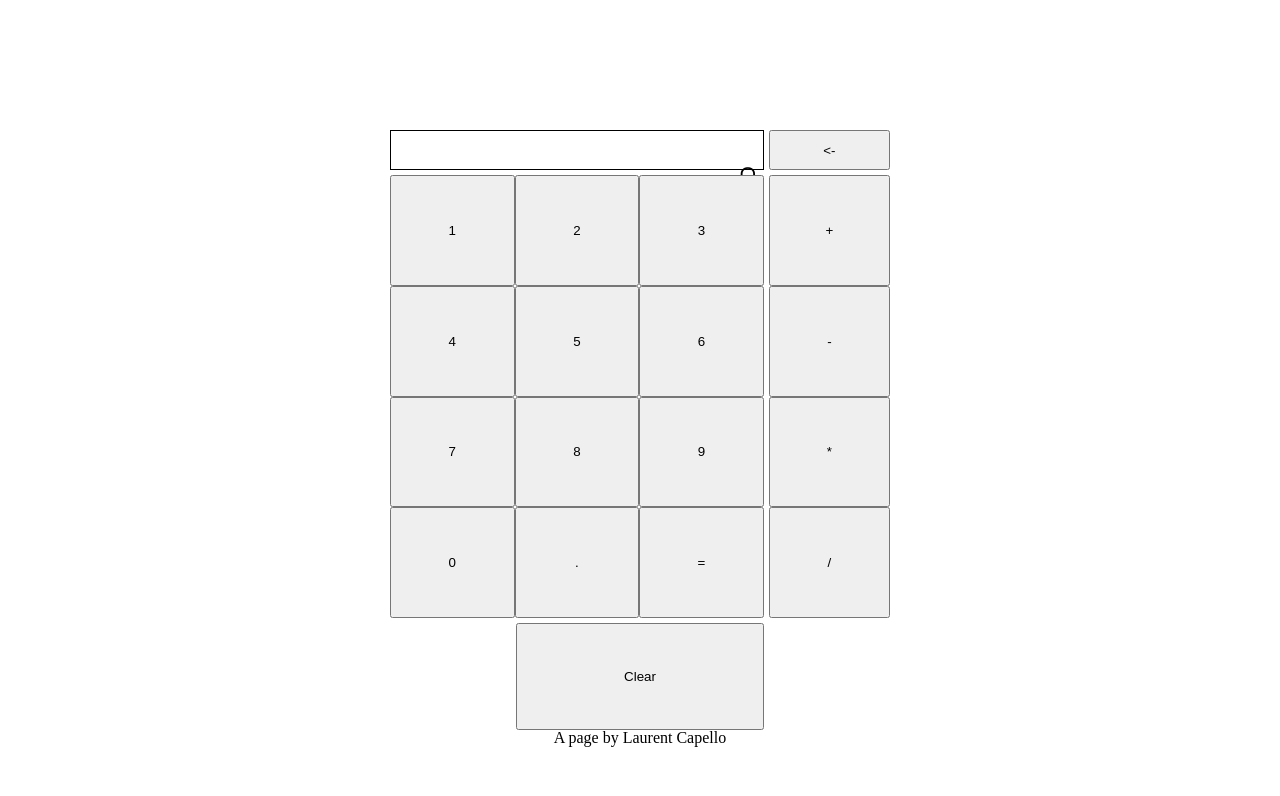
Repository: sokafootball/js-calculator
Page: index.html
An editor plug-in stored every save of this project. The page is shown before and after the next save, followed by the edit.
The browser window is 1280 px wide. The pictures show the whole page.

Above is the page before, as saved 2020-05-02 11:40:19.

### index.html
<html>
<head>
  <link rel="stylesheet" type="text/css" href="reset.css">
  <link rel="stylesheet" type="text/css" href="style.css">
  <!--<link rel="stylesheet" type="text/css" href="wireframe.css">-->
  <link href="https://fonts.googleapis.com/css2?family=Barlow:wght@300&display=swap" rel="stylesheet">
</head>
<body>
<main id="main">
  <div id="calculator">
    <p id="display">0</p>
    <button id="backspace" class="button"><-</button>
    <div id="numpad">
      <button class="button num-button">1</button>
      <button class="button num-button">2</button>
      <button class="button num-button">3</button>
      <button class="button num-button">4</button>
      <button class="button num-button">5</button>
      <button class="button num-button">6</button>
      <button class="button num-button">7</button>
      <button class="button num-button">8</button>
      <button class="button num-button">9</button>
      <button class="button num-button">0</button>
      <button class="button">.</button>
      <button id="equal-button" class="button">=</button>
    </div>
    <div id="operators">
      <button class="button operation-button">+</button>
      <button class="button operation-button">-</button>
      <button class="button operation-button">*</button>
      <button class="button operation-button">/</button>
    </div>
    <button id="clear-button" class="button">Clear</button>
  </div>
</main>
<footer id="footer">
  <p>A page by <span id="signature">Laurent Capello</span></p>
</footer>
<script type="text/javascript" src="script.js"></script>
</body>
</html>

### style.css
body{
  align-items: center;
  display: flex;
  flex-direction: column;
  justify-content: space-between;
}

#backspace{
  grid-area: backspace;
}

#calc-top{
  margin-bottom: 40px;
}

#clear-button{
  grid-area: clear;
}

#display{
  animation-name: display-full;
  animation-duration: 0.4s;
  border: 1px solid black;
  font-family: 'Barlow', sans-serif;
  font-size: 35px;
  grid-area: display;
  line-height: 95px;
  padding-right: 5px;
  text-align: right;
  vertical-align: middle;
}

#calculator{
  display: grid;
  gap: 5px 5px;
  grid-template-areas:
    "display display display backspace"
    "numpad numpad numpad operators"
    "numpad numpad numpad operators"
    "numpad numpad numpad operators"
    "numpad numpad numpad operators"
    ". clear clear .";
  grid-template-columns: repeat(4, 1fr);
  grid-template-rows: 40px repeat(5, 1fr);
  height: 600px;
  margin-top: 130px;
  width: 500px;
}

#footer{
  margin-bottom: 50px;
}

#numpad{
  display: grid;
  grid-area: numpad;
  grid-template-columns: repeat(3, 1fr);
  grid-template-rows: repeat(4, 1fr);
}

#operators{
  display: flex;
  flex-direction: column;
  justify-content: space-evenly;
  grid-area: operators;
}

#operators button{
  flex-grow: 1;
}

@keyframes display-full{
  0% {border: 1px solid black;}
  50% {
    border: 2px solid red;
    box-shadow: 0px 0px 6px 1px red;
  }
  100% {border: 1px solid black;}
}

### script.js
/*
TO DO
-mettere feedback visivo per display troppo pieno
-gestire tasto cancella
*/
const MAX_DISPLAY_LENGTH = 15
const MAX_DECIMALS = 3
const EXPONENTIAL_NOTATION_DIGITS = MAX_DISPLAY_LENGTH - 4 //4 digits are reserved for the exponential notation and the dot
let display = document.querySelector(`#display`)
let overwriteIsOn = true
let operation = null, operand1 = null, operand2 = null
addFunctionsToBtns()

function pressDeleteBtn(){
	if(display.innerText.length == 0) return
	display.innerText = display.innerText.slice(0, -1);

}

function pressClearBtn(){
	clear()
}

function clear(){
	display.innerText = `0`
	operation = null
	operand1 = null
	operand2 = null
	overwriteIsOn = true
}

function pressEqualBtn(){
	if(operand1 != null && operand2 != null){
		displayResult()
		operation = null
		overwriteIsOn = true
		operand2 = null
	}else{
		operation = null
		overwriteIsOn = true
		operand2 = null
		display.innerText = operand1 == null ? `0` : operand1
	}
}

function displayResult(){
	operand1 = operate(operation, operand1, operand2)
	operand2 = null
	display.innerText = operand1
}

function pressNumBtn(num){
	displayNumber(Number(num))
	saveNumber()
}

function saveNumber(){
	if(operation == null)
		operand1 =  Number(display.innerText)
	else operand2 =  Number(display.innerText)
}

function pressOperationBtn(operationSign){
	if (operation == null){
		saveOperation(operationSign)
	}else{
		if(operand1 != null && operand2 != null){
			displayResult()
		}
		saveOperation(operationSign)
	}
}

function displayNumber(num){
  if(overwriteIsOn){
		display.innerText = num
		overwriteIsOn = false
	}else{
		if(display.innerText.length >= MAX_DISPLAY_LENGTH){
			console.log(`The display is full!`)
			return
		}
		display.innerText += num
	}
}

function operate(operation, a, b){
	let result = null
	switch (operation){
		case `+`:
			operation = add
			break
		case `-`:
			operation = subtract
			break;
		case `*`:
			operation = multiply
			break
		case `/`:
			operation = divide
			break;
		default:
			console.log(`invalid operation`)
			return
	}
	result = Number(operation(a,b))
	result = truncateDecimals(result)
	result = truncateIntegers(result)
  return result
}

function add (...nums) {
	return nums.reduce((total, num) => {
		return total + num
	}, 0)
}

function subtract (...nums) {
	return nums.reduce((total, num) => {
		return total - num
	})
}

function sum (arr) {
	return add(...arr)
}

function divide (...nums){
	if (nums[1] == 0){
		console.log(`you can't divide by 0!`)
		clear()
		return 0
	}
	return nums.reduce((total, num) => total / num
	)
}

function multiply (...nums) {
	return nums.reduce((total, num) => {
		return total * num
	})
}


function saveOperation(operationSign){
	operation = operationSign
	overwriteIsOn = true
}


function addFunctionsToBtns(){
	let numButtons = document.querySelectorAll(`.num-button`)
	numButtons = Array.from(numButtons)
	numButtons.forEach(button => {
		button.addEventListener(`click`, () => pressNumBtn(button.innerText))
	});

	let opButtons = document.querySelectorAll(`.operation-button`)
	opButtons = Array.from(opButtons)
	opButtons.forEach(button => {
		button.addEventListener(`click`, () => pressOperationBtn(button.innerText))
	});

	let equalButton = document.querySelector(`#equal-button`)
	equalButton.addEventListener(`click`, pressEqualBtn)

	let clearButton = document.querySelector(`#clear-button`)
	clearButton.addEventListener(`click`, pressClearBtn)
}

function truncateDecimals(num){
	if((num % 1).toString().length > MAX_DECIMALS) return Number(num).toFixed(MAX_DECIMALS)
	return num
}

function truncateIntegers(num){
	if(num.toString().length <= MAX_DISPLAY_LENGTH) return num
	return num.toExponential(EXPONENTIAL_NOTATION_DIGITS)
}

Loaded but not shown: reset.css (common file)

After the next save:
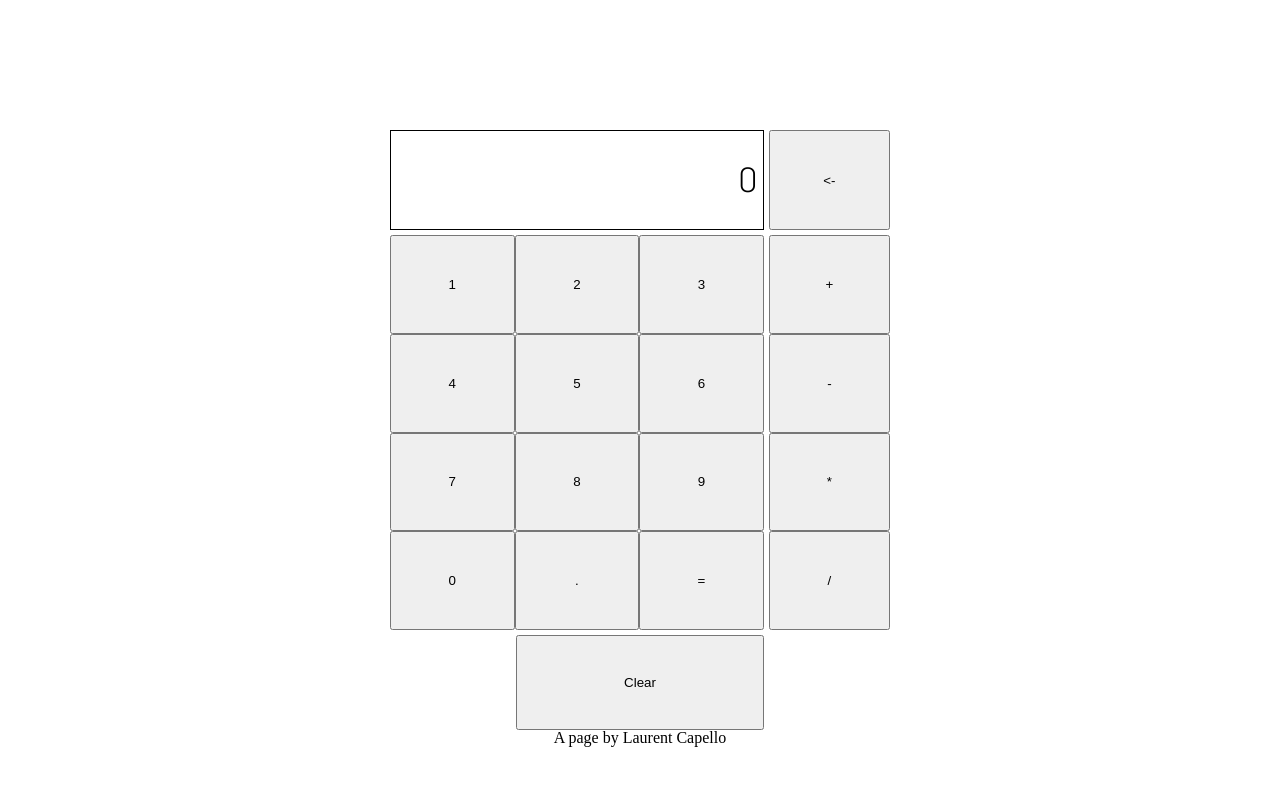
Saved 33 s later.
--- a/style.css
+++ b/style.css
@@ -41,7 +41,7 @@ body{
     "numpad numpad numpad operators"
     ". clear clear .";
   grid-template-columns: repeat(4, 1fr);
-  grid-template-rows: 40px repeat(5, 1fr);
+  grid-template-rows: 100px repeat(5, 1fr);
   height: 600px;
   margin-top: 130px;
   width: 500px;
